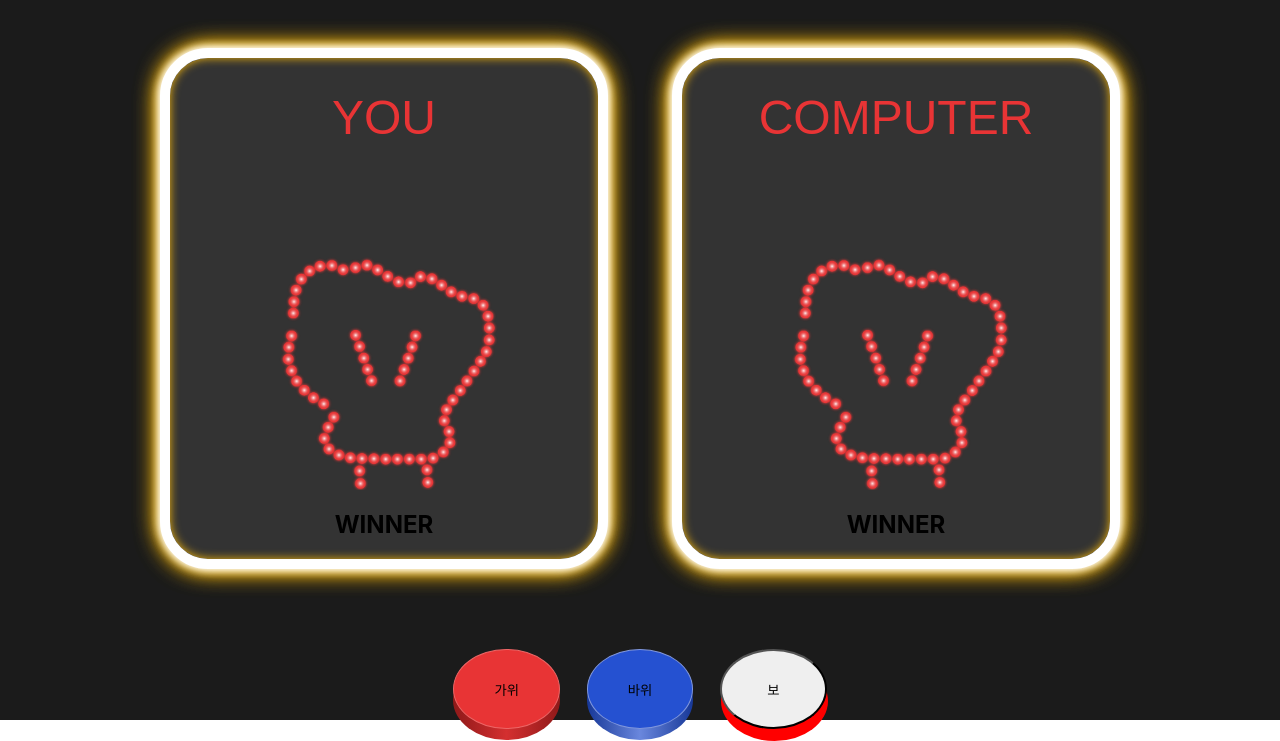
Repository: KIMMIHYE12/classComponent
Page: /
The author's editor kept a copy of each file at every save. The page is drawn from the files as they stood at one save, then again after the next save.
The browser window is 1280 px wide. The pictures show the whole page.
Some web fonts or font styles are not loaded; a fallback is used. The project was rebuilt for these pictures with package versions that can differ from the ones it lists, and the page was loaded fresh each time.

Above is the page before, as saved 2024-03-18 23:16:58.

### src/App.js
import "./App.css";
import { Box } from "./component/Box";

function App() {
  return (
    <div className='content'>
      <div className='game_screen'>
        <Box title='YOU' />
        <Box title='COMPUTER' />
      </div>
      <div className='btn_wrap'>
        <button className='scissor'>가위</button>
        <button className='rock'>바위</button>
        <button className='paper'>보</button>
      </div>
    </div>
  );
}

export default App;

### src/App.css
@import url("https://use.typekit.net/ebb2deg.css");

* {
  box-sizing: border-box;
}

.content {
  height: 100vh;
  padding: 3em 0;
  background-color: #1b1b1b;
}

.game_screen {
  width: 100%;
  display: flex;
  justify-content: center;
}

.box {
  width: 35%;
  display: flex;
  flex-direction: column;
  align-items: center;
  margin: 0 2em;
  border: 10px solid #fff;
  background: #333;
  border-radius: 3rem;
  box-shadow: 0 0 10px #fff, 0 0 10px #fff, 0 0 24px #f5b70c, 0 0 16px #f5b70c,
    0 0 24px #f5b70c, inset 0 0 10px #f5b70c;
}

h1 {
  font-size: 3em;
  color: #e83435;
  font-family: "gloridot", sans-serif;
  font-weight: 400;
  font-style: normal;
}

img {
  width: 70%;
}

.btn_wrap {
  position: relative;
  margin-top: 5em;
  display: flex;
  justify-content: center;
  z-index: 1;
}

.btn_wrap button {
  position: relative;
  width: 8em;
  height: 6em;
  margin: 0 1em;
  border-radius: 50%;
  top: 0;
  outline: 0;
}

.btn_wrap button.scissor {
  background-color: #e83435;
  border: 1px solid #ec6666;
}

.btn_wrap button.rock {
  background-color: #2551d1;
  border: 1px solid #8097dc;
}

.btn_wrap button.papier {
  background-color: #ebbb1f;
  border: 1px solid #dfcf98;
}

.btn_wrap button:before {
  width: 8em;
  height: 6em;
  display: inline-block;
  content: "";
  position: absolute;
  top: 10px;
  left: -1px;
  right: 0;
  background: red;
  border-radius: 50%;
  z-index: -1;
}

.btn_wrap button.scissor:before {
  background: linear-gradient(
    90deg,
    rgba(143, 25, 25, 1) 0%,
    rgba(212, 47, 48, 1) 50%,
    rgba(143, 25, 25, 1) 100%
  );
}

.btn_wrap button.rock:before {
  background: linear-gradient(
    90deg,
    rgba(23, 56, 152, 1) 0%,
    rgba(106, 135, 221, 1) 50%,
    rgba(23, 56, 152, 1) 100%
  );
}

.btn_wrap button.papier:before {
  background: linear-gradient(
    90deg,
    rgba(139, 113, 30, 1) 0%,
    rgba(241, 203, 80, 1) 50%,
    rgba(139, 113, 30, 1) 100%
  );
}

.btn_wrap button:active {
  top: 4px;
}

.btn_wrap button:active:before {
  top: 6px;
}

### src/component/Box.js
import React from "react";

export const Box = (props) => {
  console.log(props);
  return (
    <div className='box'>
      <h1>{props.title}</h1>
      <img src='/images/rock.png' alt='바위' />
      <h2>WINNER</h2>
    </div>
  );
};

Loaded but not shown: public/index.html (common file); src/index.js (common file); src/index.css (common file); src/reportWebVitals.js (common file)

After the next save:
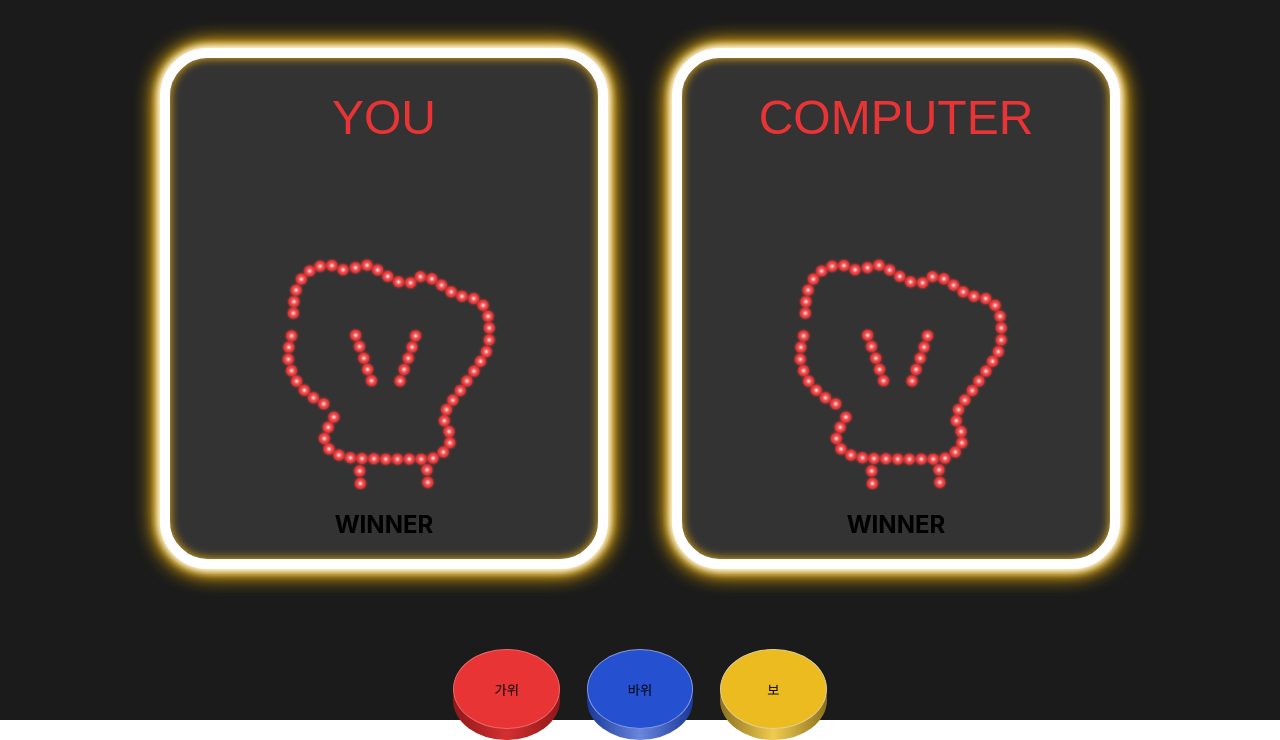
Saved 38 s later.
--- a/src/App.css
+++ b/src/App.css
@@ -69,7 +69,7 @@ img {
   border: 1px solid #8097dc;
 }
 
-.btn_wrap button.papier {
+.btn_wrap button.paper {
   background-color: #ebbb1f;
   border: 1px solid #dfcf98;
 }
@@ -106,7 +106,7 @@ img {
   );
 }
 
-.btn_wrap button.papier:before {
+.btn_wrap button.paper:before {
   background: linear-gradient(
     90deg,
     rgba(139, 113, 30, 1) 0%,
